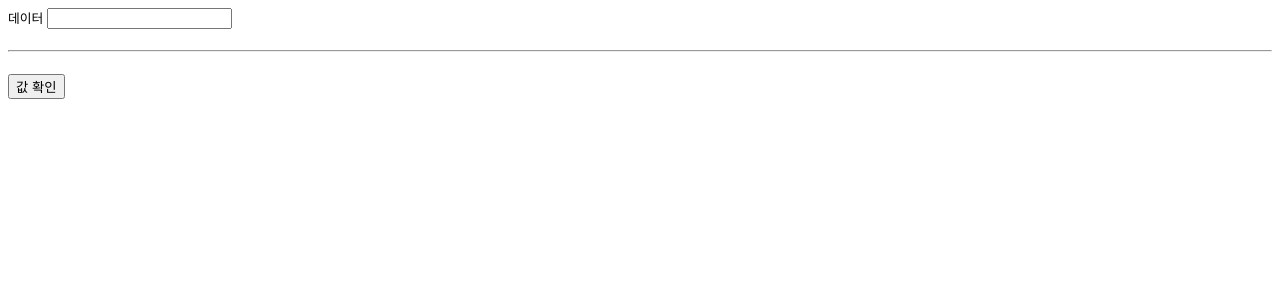
Repository: KYJIN1024/kic_jquery
Page: http://localhost/jQueryUIEx03/zipcode02.jsp
An editor plug-in stored every save of this project. The page is shown before and after the next save, followed by the edit.
The browser window is 1280 px wide. The pictures show the whole page.
Pictures or frames that could not be fetched are drawn as grey boxes. The page is served by Tomcat 9. Other server files are loaded and not shown.

Above is the page before, as saved 2023-05-17 03:17:31.

### jQueryUIEx03/src/main/webapp/zipcode02.jsp
<%@ page language="java" contentType="text/html; charset=UTF-8"
    pageEncoding="UTF-8"%>
<!DOCTYPE html>
<html>
<head>
<meta charset="UTF-8">
<title></title>
<link rel="stylesheet" href="./css/base/jquery-ui.css" />
<style>
	/* 사용자 스타일 */
	body { font-size: 80%; }
</style>

<script src="./js/jquery-3.7.0.js"> </script>
<script src="./js/jquery-ui.js"> </script>
<script>
	$( document ).ready( function(){

		});

</script>
</head>
<body>

<div>
	<label for="spinner">데이터</label>
	<input type="text" id="spinner" />
</div>
<br /><hr /><br />
<button id="btn">값 확인 </button>

</body>
</html>

Loaded but not shown: jQueryUIEx03/src/main/webapp/css/base/jquery-ui.css (library); jQueryUIEx03/src/main/webapp/js/jquery-3.7.0.js (library); jQueryUIEx03/src/main/webapp/js/jquery-ui.js (library)

After the next save:
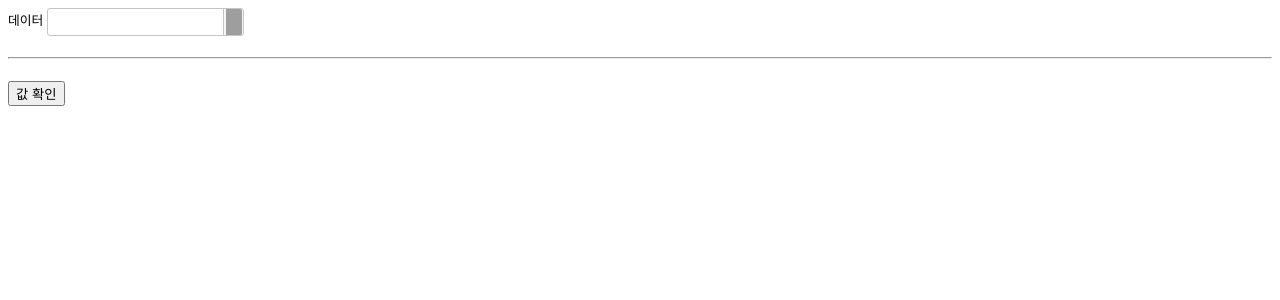
Saved 31 s later.
--- a/jQueryUIEx03/src/main/webapp/zipcode02.jsp
+++ b/jQueryUIEx03/src/main/webapp/zipcode02.jsp
@@ -15,7 +15,7 @@
 <script src="./js/jquery-ui.js"> </script>
 <script>
 	$( document ).ready( function(){
-
+		 $( '#spinner').spinner();
 		});
 
 </script>
